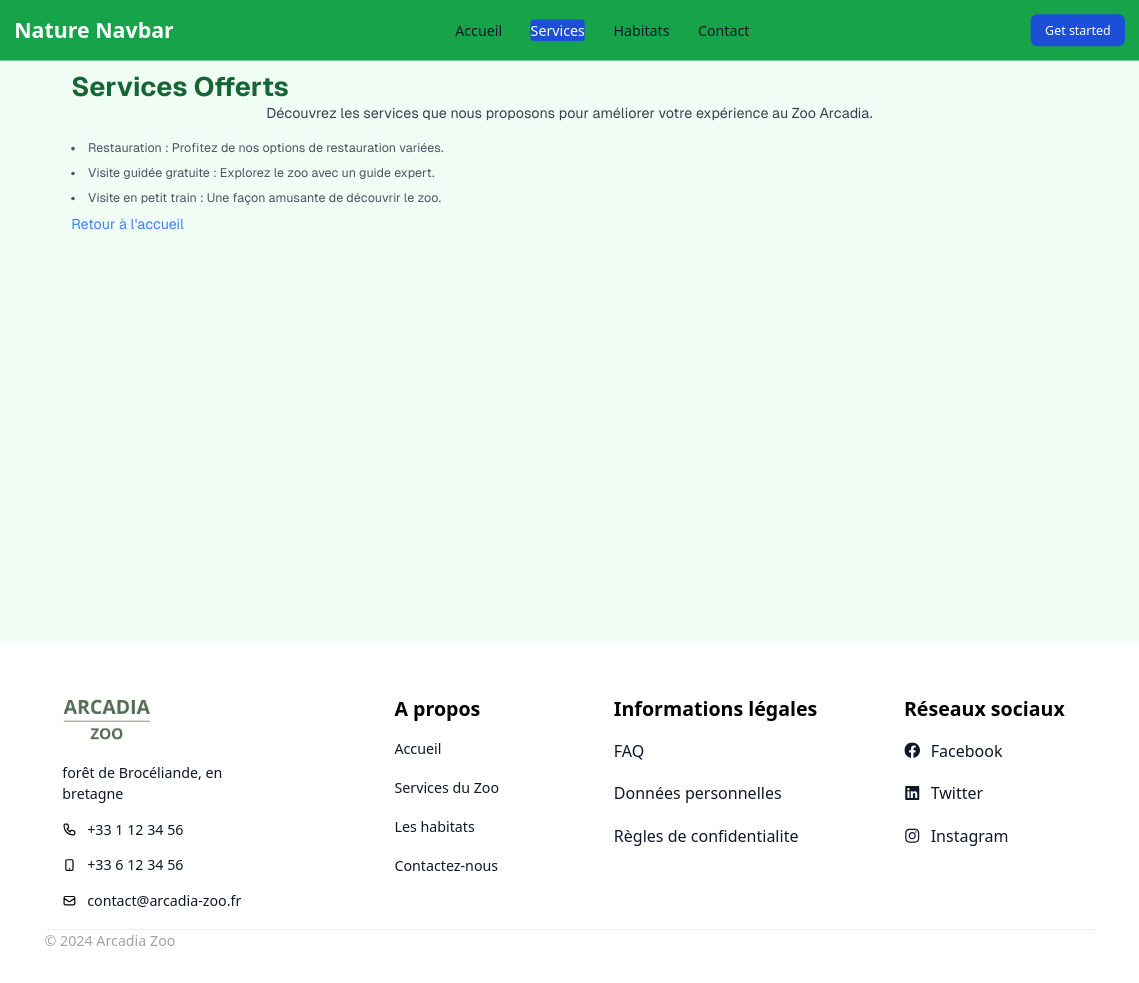
Repository: rdaa99/zoo-arcadia
Page: /service
An editor plug-in stored every save of this project. The page is shown before and after a run of saves, followed by the edit.
The browser window is 1280 px wide. The pictures show the whole page, at 89% of full size.
The project was rebuilt for these pictures with package versions that can differ from the ones it lists, and the page was loaded fresh each time. The framework's server and built-in components were replaced by stand-ins that run in the browser. Also part of the build but not shown: next.config.ts, components/organisms/Navbar/theme.tsx, components/organisms/Navbar/NavbarMobile.tsx, components/molecules/Button/TextButton.tsx.

Above is the page before, as saved 2024-11-18 22:18:12.

After the next 2 saves:
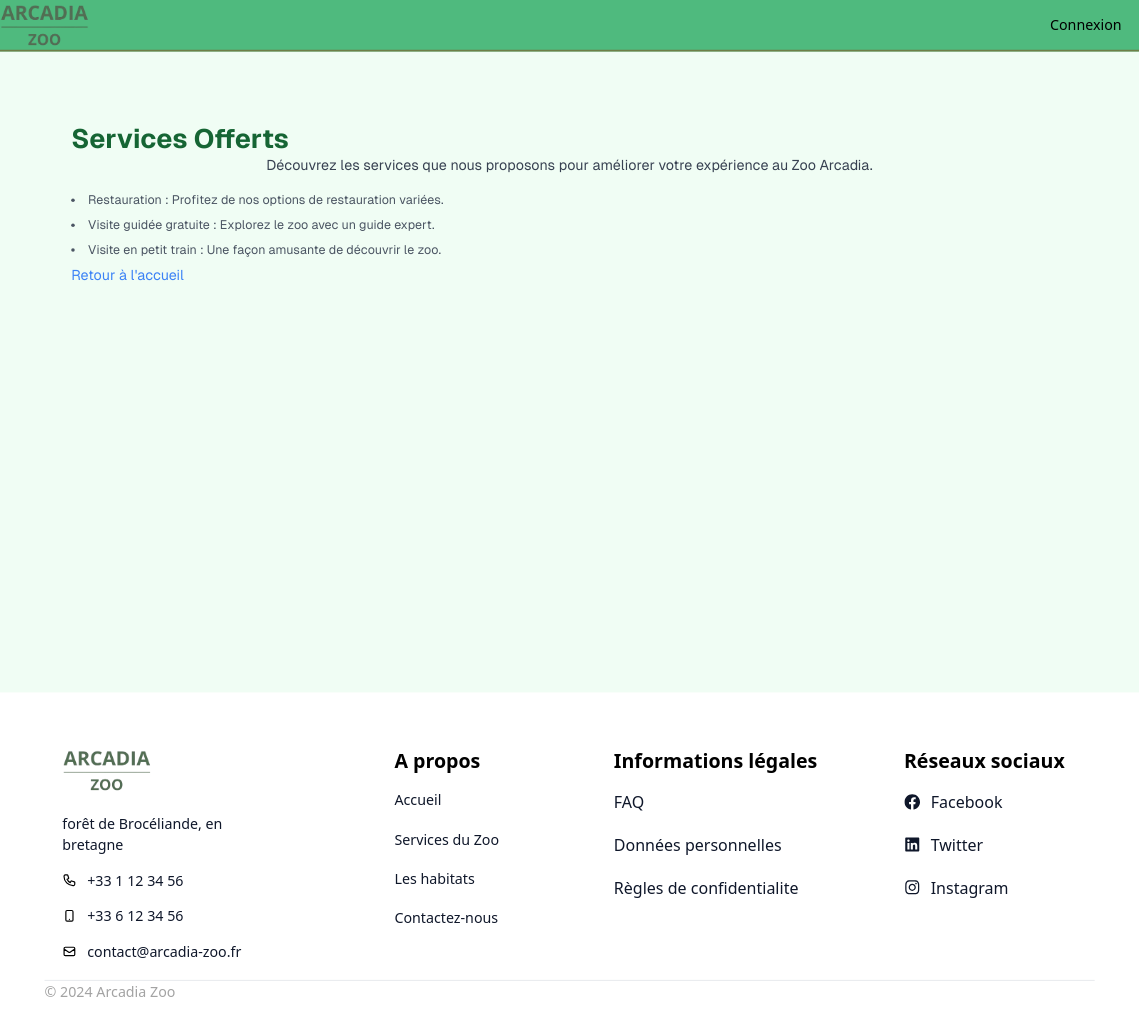
The 2 saves are shown as one change because 1 did not build or start.
The last was saved 32 s later.
--- a/components/organisms/Navbar/Navbar.tsx
+++ b/components/organisms/Navbar/Navbar.tsx
@@ -34,69 +34,39 @@ export const Navbar = () => {
   }, []);
 
   return (
-    <nav
-      className={`bg-green-600 fixed w-full z-20 top-0 start-0 border-b border-brown-500 ${
-        shadow > scrollThreshold ? "shadow-lg" : ""
+    <FlowbiteNavbar
+      className={`transition-shadow duration-300 ${
+        shadow > scrollThreshold ? "shadow-[0_4px_10px_rgba(0,0,0,0.2)]" : ""
       }`}
+      style={{
+        backgroundColor: "rgba(60, 179, 113, 0.9)", // Vert moyen
+        borderBottom: "2px solid rgba(139, 69, 19, 0.5)", // Bordure marron clair
+      }}
     >
-      <div className="max-w-screen-xl flex flex-wrap items-center justify-between mx-auto p-4">
-        <span className="self-center text-2xl font-semibold whitespace-nowrap text-white">
-          Nature Navbar
-        </span>
-        <div className="flex md:order-2 space-x-3 md:space-x-0">
-          <button
-            type="button"
-            className="text-white bg-blue-700 hover:bg-blue-800 focus:ring-4 focus:outline-none focus:ring-blue-300 font-medium rounded-lg text-sm px-4 py-2 text-center"
-          >
-            Get started
-          </button>
-          <button
-            data-collapse-toggle="navbar-sticky"
-            type="button"
-            className="inline-flex items-center p-2 w-10 h-10 justify-center text-sm text-gray-500 rounded-lg md:hidden hover:bg-gray-100 focus:outline-none focus:ring-2 focus:ring-gray-200"
-            aria-controls="navbar-sticky"
-            aria-expanded="false"
-          >
-            <span className="sr-only">Open main menu</span>
-            <svg
-              className="w-5 h-5"
-              aria-hidden="true"
-              xmlns="http://www.w3.org/2000/svg"
-              fill="none"
-              viewBox="0 0 17 14"
-            >
-              <path
-                stroke="currentColor"
-                strokeLinecap="round"
-                strokeLinejoin="round"
-                strokeWidth="2"
-                d="M1 1h15M1 7h15M1 13h15"
-              />
-            </svg>
-          </button>
+      <Logo />
+      <FlowbiteNavbar.Collapse>
+        <div className="flex flex-row gap-x-16">
+          {navbarList.map((page) => (
+            <FlowbiteNavbar.Link as={Link} href={page.link} key={page.name}>
+              <Typography
+                customClassName={`hover:text-[#FFD700] hover:border-b-2 text-base ${
+                  pathname === page.link ? "border-b-2 border-primary-700" : ""
+                }`}
+                color="dark"
+                style={{
+                  color: "#ffffff", // Texte blanc
+                  transition: "color 0.3s", // Ajout d'une transition pour le survol
+                }}
+              >
+                {page.name}
+              </Typography>
+            </FlowbiteNavbar.Link>
+          ))}
         </div>
-        <div
-          className="items-center justify-between hidden w-full md:flex md:w-auto md:order-1"
-          id="navbar-sticky"
-        >
-          <ul className="flex flex-col p-4 md:p-0 mt-4 font-medium border border-gray-100 rounded-lg bg-green-500 md:space-x-8 md:flex-row md:mt-0 md:border-0 md:bg-green-600">
-            {navbarList.map((page) => (
-              <li key={page.name}>
-                <a
-                  href={page.link}
-                  className={`block py-2 px-3 rounded ${
-                    pathname === page.link
-                      ? "text-white bg-blue-700"
-                      : "text-gray-900 hover:bg-green-400"
-                  } md:p-0 md:dark:text-blue-500 dark:text-white`}
-                >
-                  {page.name}
-                </a>
-              </li>
-            ))}
-          </ul>
-        </div>
-      </div>
-    </nav>
+      </FlowbiteNavbar.Collapse>
+      <Button size="s" color="primary" href="/connexion">
+        Connexion
+      </Button>
+    </FlowbiteNavbar>
   );
 };
